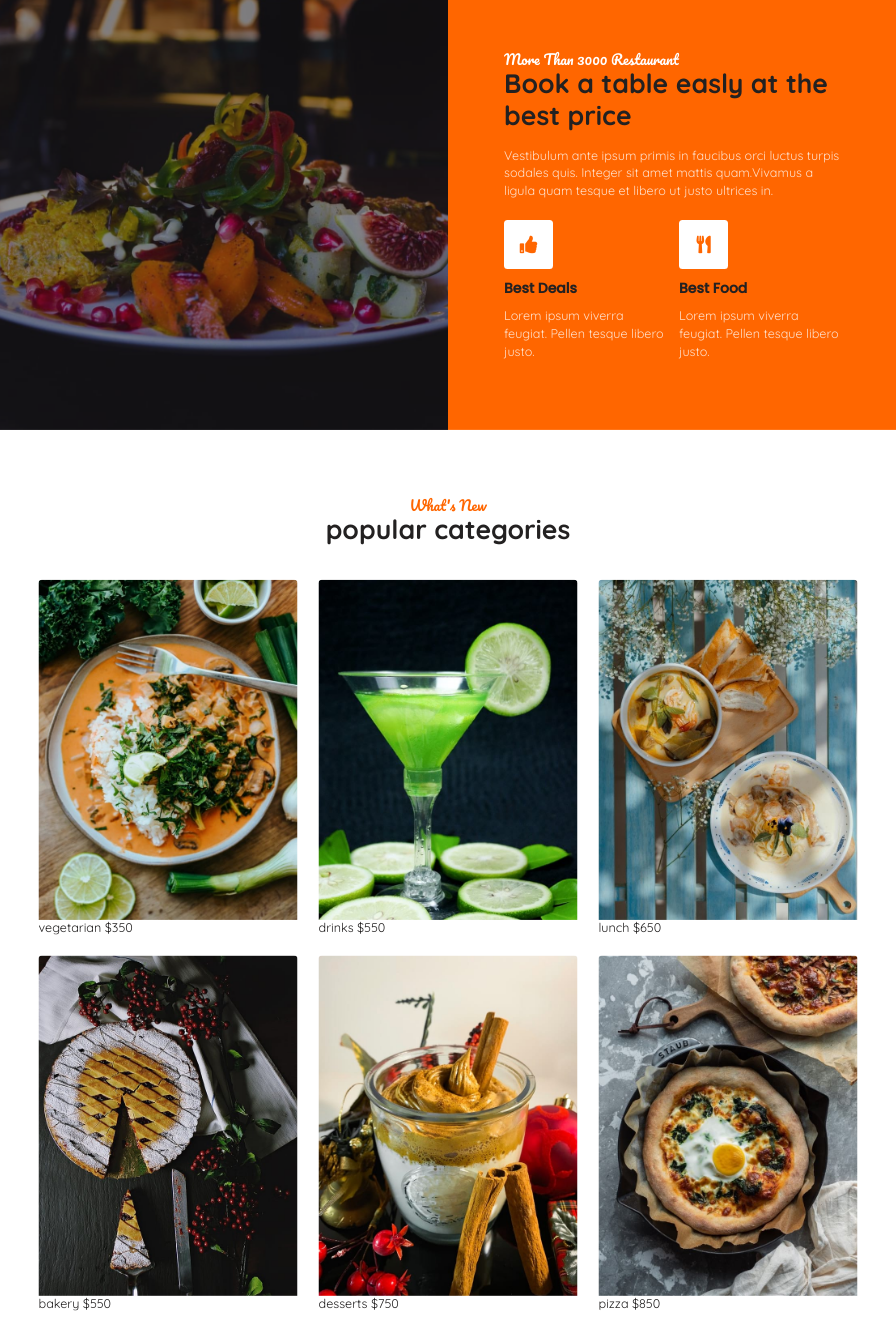
Repository: baobaodeveloper/bootscap21_project_AnhBao_VietToan_VietDuc
Page: index.html
The author's editor kept a copy of each file at every save. The page is drawn from the files as they stood at one save, then again after the next save.
The browser window is 1280 px wide. The pictures show the part of the page from y = 923 to 2843 px (the page is 2843 px tall before and 2800 px after), at 70% of full size.
Backgrounds fixed to the window are drawn as part of the page.

Above is the page before, as saved 2022-03-03 10:22:17.

### index.html
<!DOCTYPE html>
<html lang="en">
  <head>
    <meta charset="UTF-8" />
    <meta http-equiv="X-UA-Compatible" content="IE=edge" />
    <meta name="viewport" content="width=device-width, initial-scale=1.0" />

    <!-- fontawesome link cdn -->
    <link
      rel="stylesheet"
      href="https://cdnjs.cloudflare.com/ajax/libs/font-awesome/5.15.4/css/all.min.css"
      integrity="sha512-1ycn6IcaQQ40/MKBW2W4Rhis/DbILU74C1vSrLJxCq57o941Ym01SwNsOMqvEBFlcgUa6xLiPY/NS5R+E6ztJQ=="
      crossorigin="anonymous"
      referrerpolicy="no-referrer"
    />

    <!-- font -->
    <link rel="preconnect" href="https://fonts.googleapis.com" />
    <link rel="preconnect" href="https://fonts.gstatic.com" crossorigin />
    <link
      href="https://fonts.googleapis.com/css2?family=Pacifico&family=Poppins:wght@300;400;500&family=Quicksand:wght@300;400;500;600;700&display=swap"
      rel="stylesheet"
    />

    <link rel="stylesheet" href="style.css" />
    <title>Diner</title>
  </head>
  <body>
    <header class="header">
      <div class="header__wrapper container">
        <div class="header__top">
          <a class="header__logo" href="#">Diner</a>

          <div class="header__navbar">
            <form class="navbar__search">
              <input type="search" placeholder="Search here..." id="search" />
              <label for="search" class="fas fa-search"></label>
            </form>

            <div class="mode__container">
              <i class="fas fa-sun" id="dark"></i>
              <i class="fas fa-moon" id="light"></i>
            </div>

            <div class="fa fa-bars" id="menu-button"></div>
          </div>

          <nav class="navbar__list">
            <i class="fas fa-times" id="close-button"></i>
            <a href="#">home</a>
            <a href="#">about</a>
            <a href="#">services</a>
            <a href="#">blogs</a>
            <a href="#">404</a>
            <a href="#">landing page</a>
            <a href="#">contact</a>
            <a href="#">shot codes</a>
            <a href="#">email</a>
          </nav>
        </div>

        <div class="header__content">
          <h2>the only thing we love more than food is you!</h2>
          <p>
            Lorem ipsum dolor sit amet consectetur ipsum elit. Qui eligendi
            vitae sit.Ea ipsum sed consequuntur illum facere.
          </p>
          <a href="#" class="btn"
            >read more <i class="fas fa-angle-right"></i
          ></a>
        </div>
      </div>
    </header>

    <section class="about container pad-med">
      <div class="heading">
        <span>about us</span>
        <h3>We found our creative space that is open for you.</h3>
      </div>

      <div class="text">
        <p>
          Lorem ipsum viverra feugiat. Pellen tesque libero ut justo, ultrices
          in ligula. Semper at tempufddfel. Lorem ipsum dolor sit amet elit. Non
          quae, fugiat nihil ad. Lorem ipsum dolor sit amet. Lorem ipsum init
          dolor sit, amet elit. Dolor ipsum non velit, culpa!Lorem ipsum init
          dolor sit.
        </p>

        <p>
          Lorem ipsum viverra feugiat. Pellen tesque libero ut justo, ultrices
          in ligula. Semper at tempufddfel. Lorem ipsum dolor sit amet elit. Non
          quae, fugiat nihil ad. Lorem ipsum dolor sit amet.
        </p>
      </div>
    </section>

    <section class="restaurant">
      <div class="restaurant__img">
        <img src="./image/banner3.jpg" alt="#" />
      </div>

      <div class="restaurant__content">
        <div class="heading">
          <span>more than 3000 restaurant</span>
          <h3>Book a table easly at the best price</h3>
        </div>

        <div class="text">
          <p>
            Vestibulum ante ipsum primis in faucibus orci luctus turpis sodales
            quis. Integer sit amet mattis quam.Vivamus a ligula quam tesque et
            libero ut justo ultrices in.
          </p>
        </div>

        <div class="restaurant__best">
          <div class="best__item">
            <i class="fas fa-thumbs-up"></i>
            <h4>best deals</h4>
            <p class="text">
              Lorem ipsum viverra feugiat. Pellen tesque libero justo.
            </p>
          </div>

          <div class="best__item">
            <i class="fas fa-utensils"></i>
            <h4>best food</h4>
            <p class="text">
              Lorem ipsum viverra feugiat. Pellen tesque libero justo.
            </p>
          </div>
        </div>
      </div>
    </section>

    <section class="categories container pad-med">
      <div class="heading text-align pad-med">
        <span>what's new</span>
        <h3>popular categories</h3>
      </div>

      <div class="categories__list">
        <div class="categories__item">
          <div class="categories__img">
            <img src="./image/g1.jpg" alt="" />
          </div>
          <div class="categories__info">
            <span class="categories__name"> vegetarian </span>
            <span class="categories__price"> $350 </span>
          </div>
        </div>

        <div class="categories__item">
          <div class="categories__img">
            <img src="./image/g2.jpg" alt="" />
          </div>
          <div class="categories__info">
            <span class="categories__name"> drinks </span>
            <span class="categories__price"> $550 </span>
          </div>
        </div>

        <div class="categories__item">
          <div class="categories__img">
            <img src="./image/g3.jpg" alt="" />
          </div>
          <div class="categories__info">
            <span class="categories__name"> lunch </span>
            <span class="categories__price"> $650 </span>
          </div>
        </div>

        <div class="categories__item">
          <div class="categories__img">
            <img src="./image/g4.jpg" alt="" />
          </div>
          <div class="categories__info">
            <span class="categories__name"> bakery </span>
            <span class="categories__price"> $550 </span>
          </div>
        </div>

        <div class="categories__item">
          <div class="categories__img">
            <img src="./image/g5.jpg" alt="" />
          </div>
          <div class="categories__info">
            <span class="categories__name"> desserts </span>
            <span class="categories__price"> $750 </span>
          </div>
        </div>

        <div class="categories__item">
          <div class="categories__img">
            <img src="./image/g6.jpg" alt="" />
          </div>
          <div class="categories__info">
            <span class="categories__name"> pizza </span>
            <span class="categories__price"> $850 </span>
          </div>
        </div>
      </div>
    </section>

    <script src="app.js"></script>
  </body>
</html>

### style.css
* {
  padding: 0;
  margin: 0;
  box-sizing: border-box;
}

:root {
  --primary-font: "Quicksand", sans-serif;
  --secondary-font: "Pacifico", cursive;
  --third-font: "Poppins", sans-serif;
  --primary-color: #ff6600;
  --title-color: #232121;
  --white-color: #fff;
  --text-color: #161c2db3;
  --price-color: #ffc600;
}

img {
  display: block;
  max-width: 100%;
}

button,
input {
  display: inline-block;
  border: none;

  font-family: var(--primary-font);
  font-size: 1.6rem;

  outline: none;
}

a {
  display: inline-block;
  text-decoration: none;
}

html {
  font-size: 62.5%;
}

.container {
  max-width: 1200px;
  margin: 0 auto;
  padding: 0 1.5rem;
}

body {
  color: var(--title-color);

  font-family: var(--primary-font);
  font-size: 1.8rem;
  line-height: 1.2;
}

.pad-med {
  padding-top: 4.8rem;
  padding-bottom: 4.8rem;
}

.text-align {
  text-align: center;
}

.heading span {
  margin-bottom: 0.5rem;

  color: var(--primary-color);

  font-family: var(--secondary-font);
  font-size: 2rem;
  text-transform: capitalize;
}

.heading h3 {
  font-size: 3.8rem;
}

.text {
  color: var(--text-color);

  font-size: 1.8rem;
  line-height: 1.4;
}

.text p {
  margin: 2rem 0;
}

.btn {
  display: inline-flex;
  align-items: center;
  padding: 1.2rem 4.5rem;
  border-radius: 0.5rem;
  border: 1.5px solid var(--white-color);

  color: var(--white-color);
  background-color: transparent;

  font-family: var(--third-font);
  font-size: 1.6rem;
  text-transform: capitalize;
  font-weight: bold;

  transition: 0.4s linear;
}

.btn i {
  display: inline-block;
  margin-left: 0.5rem;

  font-size: 2rem;
}

.btn:hover {
  background-color: var(--white-color);
  color: var(--primary-color);
}

/* header section starts */
#dark {
  display: none;
}

.header {
  background-image: linear-gradient(to right, #ff6600, hsl(30deg 100% 1% / 20%)),
    url(./image/banner1.jpg);

  background-size: cover;
  background-repeat: no-repeat;
  background-attachment: fixed;

  min-height: 70vh;
}

.header__top {
  display: flex;
  justify-content: space-between;
  padding-top: 4rem;
  padding-bottom: 2rem;
}

.header__logo {
  color: var(--white-color);

  font-size: 3.3rem;
  font-weight: bold;
}

.navbar__search {
  position: relative;
}

.navbar__search input {
  padding: 1rem 5rem 1rem 2rem;

  border-radius: 0.5rem;

  color: var(--text-color);
}

.navbar__search label {
  position: absolute;
  top: 50%;
  right: 2.5rem;

  transform: translate(50%, -50%);

  font-size: 1.5rem;

  cursor: pointer;
}

.header__navbar {
  display: flex;
  justify-content: space-between;
  align-items: center;
  gap: 2rem;
}

.mode__container,
#menu-button {
  color: var(--white-color);

  cursor: pointer;
}

.mode__container {
  font-size: 2.4rem;
}

#menu-button {
  font-size: 3.1rem;
}

.header__content {
  max-width: 60rem;
  margin-top: 10rem;

  color: var(--white-color);
}

.header__content h2 {
  font-size: 5.4rem;

  text-transform: capitalize;
}

.header__content p {
  margin: 2.4rem 0 4.8rem;

  font-size: 1.6rem;
  line-height: 1.6;
}

.navbar__list {
  position: fixed;
  top: 0;
  left: 0;
  width: 100vw;
  height: 100vh;
  z-index: 20;

  display: flex;
  flex-direction: column;
  align-items: center;
  justify-content: center;

  visibility: hidden;
  opacity: 0;
  transform: scale(0.9);

  background-color: rgb(6 3 0 / 77%);

  transition: transform 0.3s, opacity 0.9s, visibility 0s 0.4s;
}

.navbar__list.active {
  visibility: visible;
  opacity: 1;
  transform: scale(1);

  transition: transform 0.4s, opacity 0.4s;
}

.navbar__list a {
  margin: 1.5rem 0;

  color: var(--white-color);

  text-transform: capitalize;
  font-family: var(--third-font);
  font-size: 2rem;
  font-weight: 600;

  transition: 0.2s linear;
}

.navbar__list a:hover {
  color: var(--primary-color);
}

#close-button {
  position: absolute;
  top: 3rem;
  right: 3rem;
  z-index: 25;

  width: 3.5rem;
  height: 3.5rem;
  border-radius: 0.5rem;

  color: var(--white-color);
  background-color: var(--primary-color);

  line-height: 3.5rem;
  text-align: center;
  font-size: 1.6rem;

  cursor: pointer;
}

/* header section ends */

/* about section starts */
.about {
  display: flex;
  gap: 6rem;
  flex-wrap: wrap;
}

.about .heading {
  width: calc(40% - 3rem);
}

.about .text {
  width: calc(60% - 3rem);
}

/* about section ends */

/* restaurant section starts */
.restaurant {
  display: flex;
  justify-content: space-between;
  flex-wrap: wrap;
}

.restaurant__img {
  position: relative;

  width: 50%;
}
.restaurant__img::before {
  content: "";
  position: absolute;
  width: 100%;
  height: 100%;
  top: 0;
  left: 0;
  z-index: 4;

  background-color: rgb(16 15 19 / 46%);
}

.restaurant__img img {
  width: 100%;
  height: 100%;
  object-fit: cover;
}

.restaurant__content {
  padding: 10rem 8rem;
  width: 50%;

  background-color: var(--primary-color);
}

.restaurant__content .heading span {
  color: var(--white-color);
}

.restaurant__content .text {
  color: #ffdfc9;
}

.restaurant__best {
  margin-top: 3rem;
  display: flex;
  justify-content: space-between;
  gap: 2rem;
}

.best__item {
  width: 50%;
}
.best__item i {
  display: inline-block;
  width: 7rem;
  height: 7rem;
  border-radius: 0.5rem;

  color: var(--primary-color);
  background-color: var(--white-color);

  line-height: 7rem;
  text-align: center;
  font-size: 2.5rem;
}

.best__item h4 {
  margin: 1.5rem 0;

  text-transform: capitalize;
  font-family: var(--third-font);
  font-size: 2rem;
}
/* restaurant section ends */

/* categories section starts */
.categories__list {
  display: grid;
  grid-template-columns: repeat(auto-fill, minmax(30rem, 1fr));
  grid-gap: 3rem;
}

.categories__img {
  width: 100%;
}

.categories__item {
  border-radius: 0.5rem;
  overflow: hidden;
}

.categories__img img {
  width: 100%;
  height: 100%;
  object-fit: cover;
}
/* categories section ends */

/* media query */
@media screen and (max-width: 1200px) {
  .restaurant__img,
  .restaurant__content {
    width: 100%;
  }

  .restaurant__content {
    text-align: center;
  }

  .best__item {
    display: flex;
    flex-direction: column;
    justify-content: center;
    align-items: center;
  }
}

@media screen and (max-width: 991px) {
  .header {
    background-position: center;

    min-height: 60vh;
  }

  .about {
    gap: 0rem;
  }

  .about .heading {
    text-align: center;
  }

  .about .heading,
  .about .text {
    width: 100%;
  }
}

@media screen and (max-width: 767px) {
  html {
    font-size: 55%;
  }

  .header {
    min-height: 50vh;
  }

  .restaurant__content {
    padding: 3rem 2rem;
  }
}

### app.js
const menuBtn = document.getElementById("menu-button");
const navList = document.querySelector(".navbar__list");
const closBtn = document.getElementById("close-button");
menuBtn.addEventListener("click", () => {
  navList.classList.add("active");
});

closBtn.addEventListener("click", () => {
  navList.classList.remove("active");
});

After the next save:
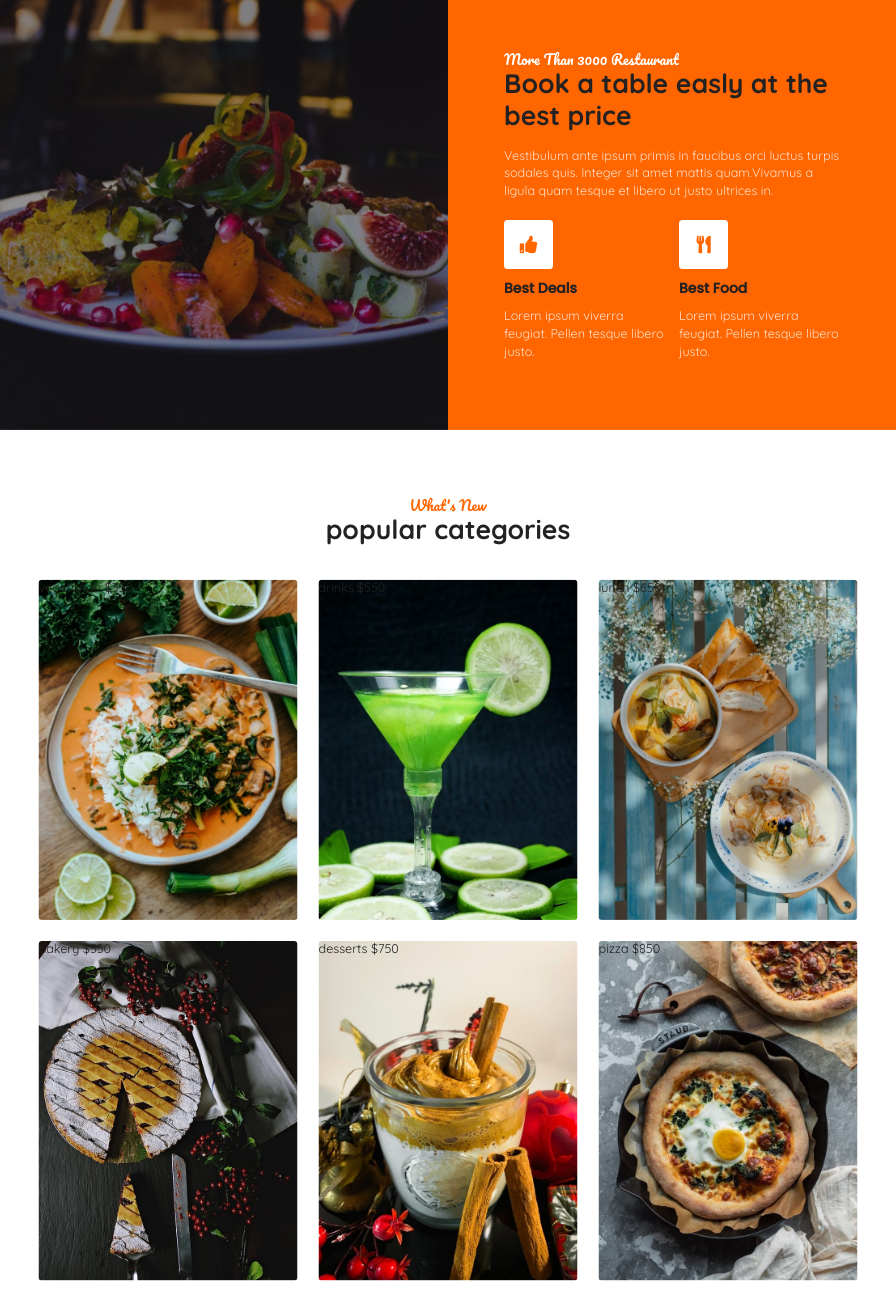
Saved 56 s later.
--- a/style.css
+++ b/style.css
@@ -390,8 +390,18 @@ body {
 }
 
 .categories__item {
+  position: relative;
+
   border-radius: 0.5rem;
   overflow: hidden;
+}
+
+.categories__info {
+  position: absolute;
+  top: 0;
+  left: 0;
+  width: 100%;
+  height: 100%;
 }
 
 .categories__img img {
